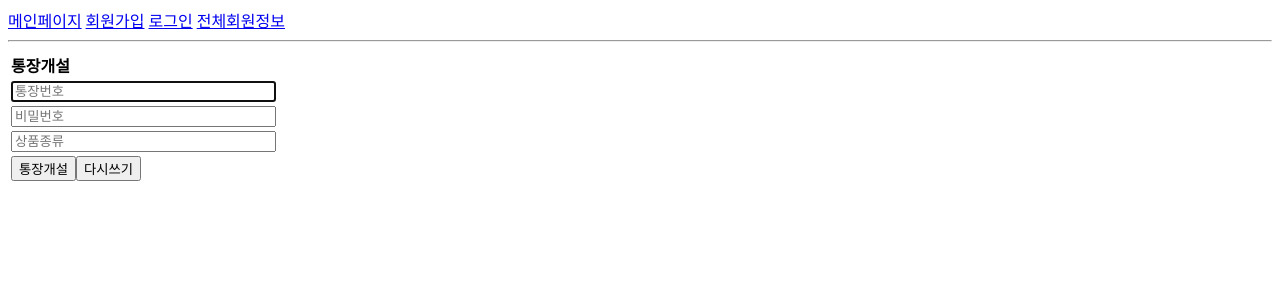
Repository: fellownew/web_workspace
Page: http://localhost/BankSystem_FrontController/createAccount_form.jsp
The author's editor kept a copy of each file at every save. The page is drawn from the files as they stood at one save, then again after the next save.
The browser window is 1280 px wide. The pictures show the whole page.
The page is served by Tomcat 9. Nobody is signed in. The application's start-up code is not run. Other server files are loaded and not shown.

Above is the page before, as saved 2015-04-13 23:53:31.

### BankSystem_FrontController/WebContent/createAccount_form.jsp
<%@ page contentType="text/html;charset=UTF-8"%>
<%@ include file="/WEB-INF/view/menu.jsp" %>
<!DOCTYPE html>
<html>
<head>
<meta charset="UTF-8">
<title>통장 개설</title>
</head>
<body>
<form action="/BankSystem_FrontController/controller" method="post">
	<input type="hidden" name="command" value="createAccount">
	<table>
		<tr>
			<td><b>통장개설</b></td>
		</tr>
		<tr>
			<td><input type="text" name="id" size="30" placeholder="통장번호" required="required" maxlength="10" autofocus="autofocus"></td>
		</tr>
		<tr>
			<td><input type="password" name="password" size="30" placeholder="비밀번호" required="required" maxlength="20"></td>
		</tr>
		<tr>
			<td><input type="text" name="type" size="30" placeholder="상품종류" required="required" maxlength="15"></td>
		</tr>
		<tr>
			<td><input type="submit" value="통장개설"><input type="reset" value="다시쓰기"> </td>
		</tr>
	</table>
</form>
</body>
</html>

### BankSystem_FrontController/WebContent/WEB-INF/view/menu.jsp
<%@ page contentType="text/html;charset=UTF-8" %>
<%@ taglib prefix="c" uri="http://java.sun.com/jsp/jstl/core" %>
<%@ page errorPage="/error.jsp" %>
<%
Object loginInfo = session.getAttribute("login_info");
if(loginInfo==null){
%>
<a href="/BankSystem_FrontController/index.jsp">메인페이지</a>
<a href="/BankSystem_FrontController/controller?command=link&path=/WEB-INF/view/customer/register_form.jsp">회원가입</a>
<a href="/BankSystem_FrontController/controller?command=link&path=/WEB-INF/view/customer/login_form.jsp">로그인</a>

<%}else{ %>

<a href="/BankSystem_FrontController/controller?command=link&path=/WEB-INF/view/customer/main.jsp">메인페이지</a>
<a href="/BankSystem_FrontController/controller?command=info">본인정보조회</a>
<a href="/BankSystem_FrontController/controller?command=link&path=/WEB-INF/view/customer/modify_form.jsp">회원정보 수정</a>
<a href="/BankSystem_FrontController/controller?command=logout">로그아웃</a>
<a href="/BankSystem_FrontController/controller?command=removeCustomer">회원탈퇴</a>
<%}%>
<a href="/BankSystem_FrontController/controller?command=customerAllList">전체회원정보</a>
<hr/>

After the next save:
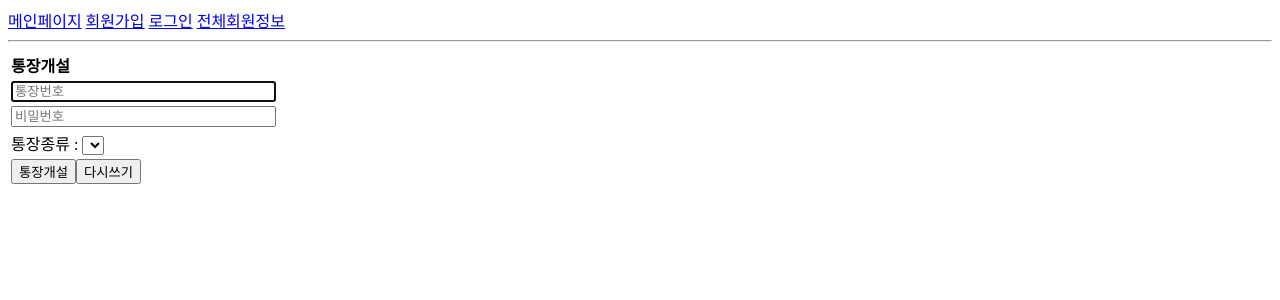
Saved 5 min 11 s later.
--- a/BankSystem_FrontController/WebContent/createAccount_form.jsp
+++ b/BankSystem_FrontController/WebContent/createAccount_form.jsp
@@ -20,7 +20,11 @@
 			<td><input type="password" name="password" size="30" placeholder="비밀번호" required="required" maxlength="20"></td>
 		</tr>
 		<tr>
-			<td><input type="text" name="type" size="30" placeholder="상품종류" required="required" maxlength="15"></td>
+			<td>
+			통장종류 : <select name="phone0">
+			<option value="010" selected="selected"/>
+			</select>
+		</td>
 		</tr>
 		<tr>
 			<td><input type="submit" value="통장개설"><input type="reset" value="다시쓰기"> </td>
